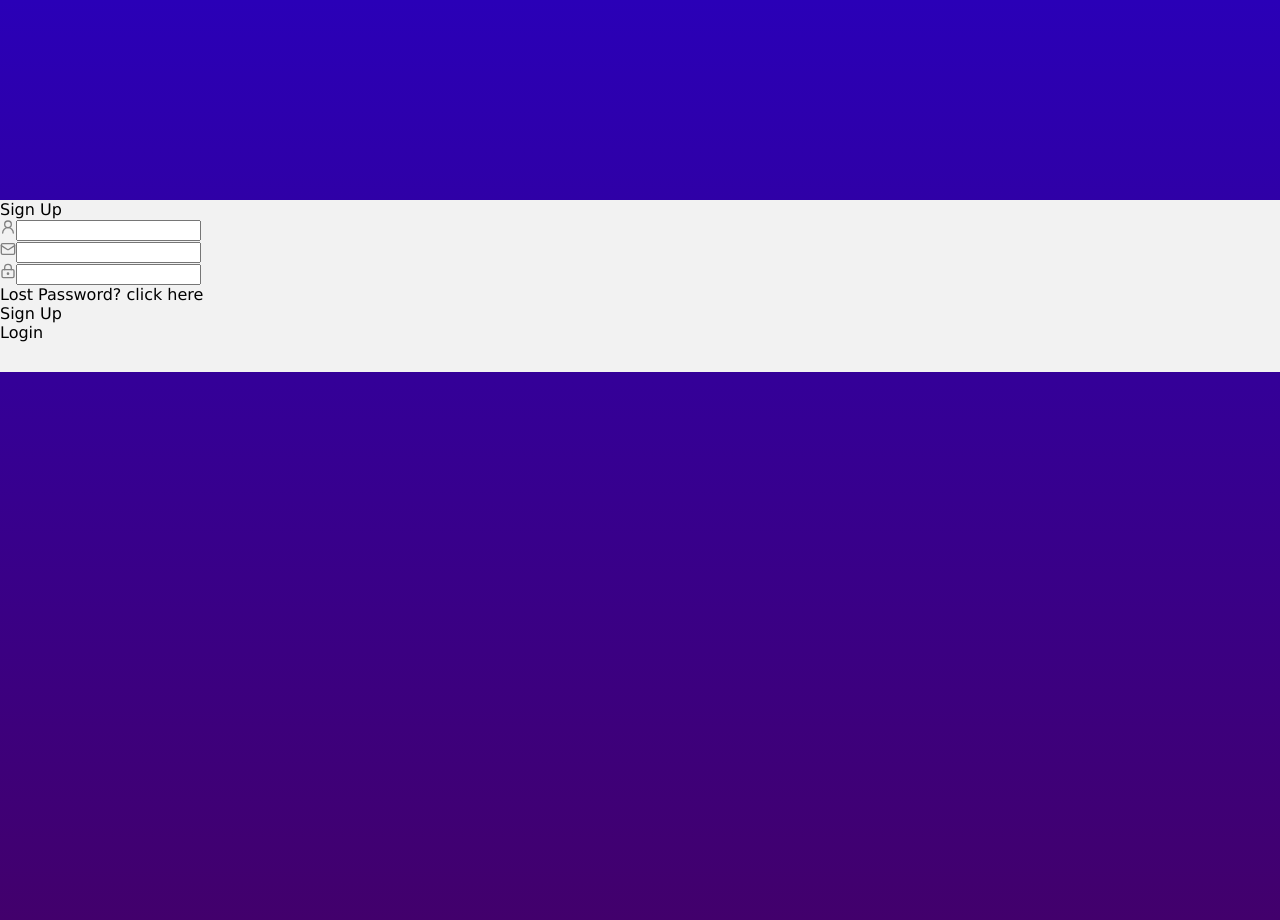
Repository: guilhermecardoso93/login-page
Page: /
The author's editor kept a copy of each file at every save. The page is drawn from the files as they stood at one save, then again after the next save.
The browser window is 1280 px wide. The pictures show the whole page.
The project was rebuilt for these pictures with package versions that can differ from the ones it lists, and the page was loaded fresh each time. Also part of the build but not shown: vite.config.js.

Above is the page before, as saved 2024-10-22 19:18:49.

### index.html
<!doctype html>
<html lang="en">
  <head>
    <meta charset="UTF-8" />
    <link rel="icon" type="image/svg+xml" href="" />
    <meta name="viewport" content="width=device-width, initial-scale=1.0" />
    <title>Login | SignUp</title>
  </head>
  <body>
    <div id="root"></div>
    <script type="module" src="/src/main.jsx"></script>
  </body>
</html>

### src/App.jsx
import { Login } from "./components/Login/Login";

export default function App() {
  return (
    <>
      <Login />
    </>
  );
}

### src/index.css
body {
  margin: 0;
  font-family: 'Lucida Sans', 'Lucida Sans Regular', 'Lucida Grande', 'Lucida Sans Unicode', Geneva, Verdana, sans-serif;
  -webkit-font-smoothing: antialiased;
  -moz-osx-font-smoothing: grayscale;
  height: 100vh;
  background: linear-gradient(#2A00B7, #42006c);
}

code {
  font-family: source-code-pro, Menlo, Monaco, Consolas, "Courier New", monospace;
}

### src/components/Login/Login.jsx
import { UserRound, Mail, LockKeyhole } from "lucide-react";
import "./Login.css";

export const Login = () => {
  return (
    <div className="container">
      <header>
        <span>Sign Up</span>
        <div className="underline"></div>
      </header>{" "}
      <div className="inputs">
        <div className="input">
          <UserRound color="gray" size={16} />
          <input type="text" />
        </div>

        <div className="input">
          <Mail color="gray" size={16} />
          <input type="email" />
        </div>

        <div className="input">
          <LockKeyhole color="gray" size={16} />
          <input type="password" />
        </div>
      </div>
      <div className="forgot-password">
        Lost Password? <span>click here</span>
      </div>
      <div className="submit-container">
        <div className="submit">
          Sign Up
        </div>
        <div className="login">
          Login
        </div>
      </div>
    </div>
  );
};

### src/components/Login/Login.css
.container {
  display: flex;
  flex-direction: column;
  margin: auto;
  margin-top: 200px;
  padding-bottom: 30px;
  background: #f2f2f2;
}

header {
  display: flex;
}

Loaded but not shown: src/main.jsx (common file)

After the next save:
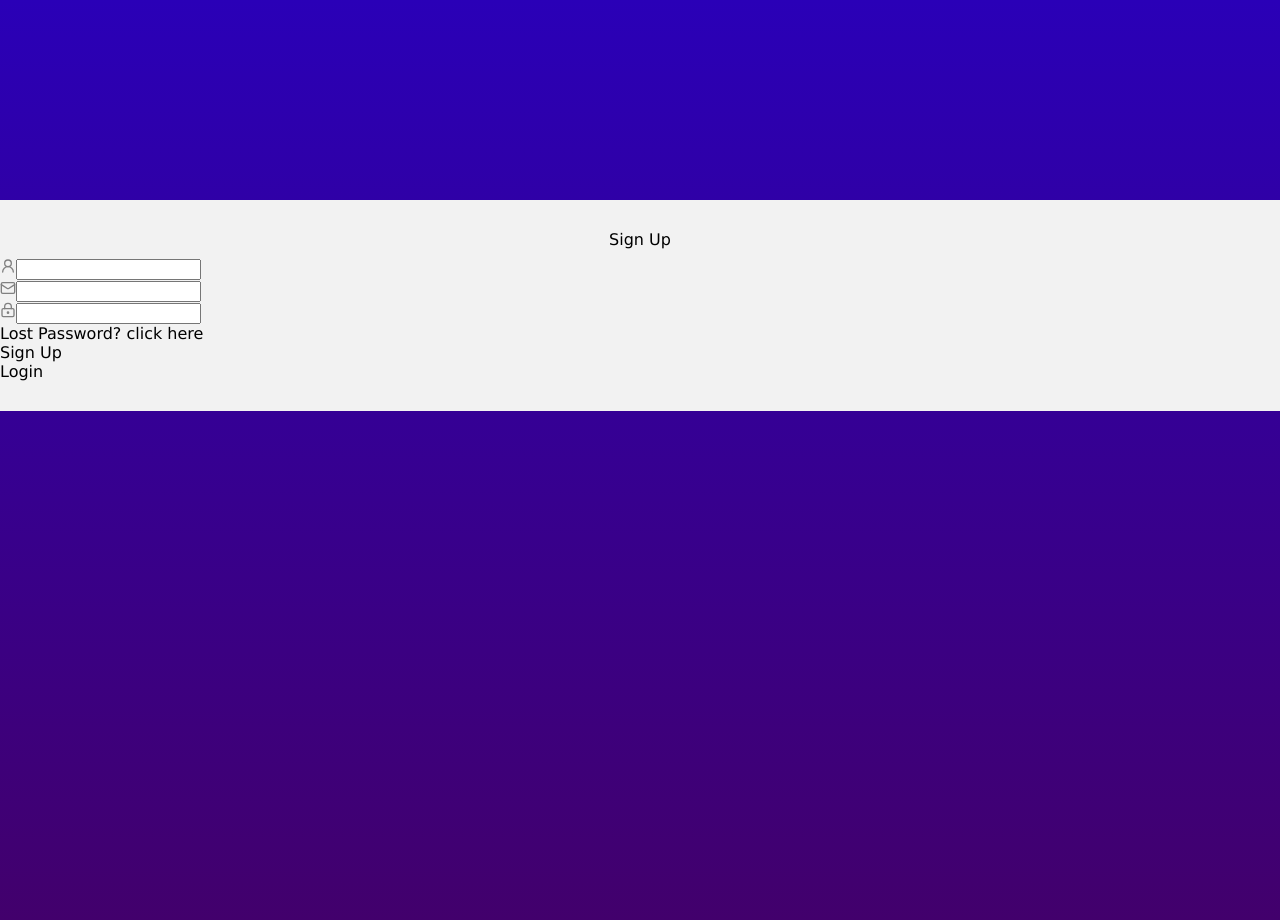
Saved 45 s later.
--- a/src/components/Login/Login.css
+++ b/src/components/Login/Login.css
@@ -9,4 +9,9 @@
 
 header {
   display: flex;
+  flex-direction: column;
+  align-items: center;
+  gap: 9px;
+  width: 100%;
+  margin-top: 30px;
 }
